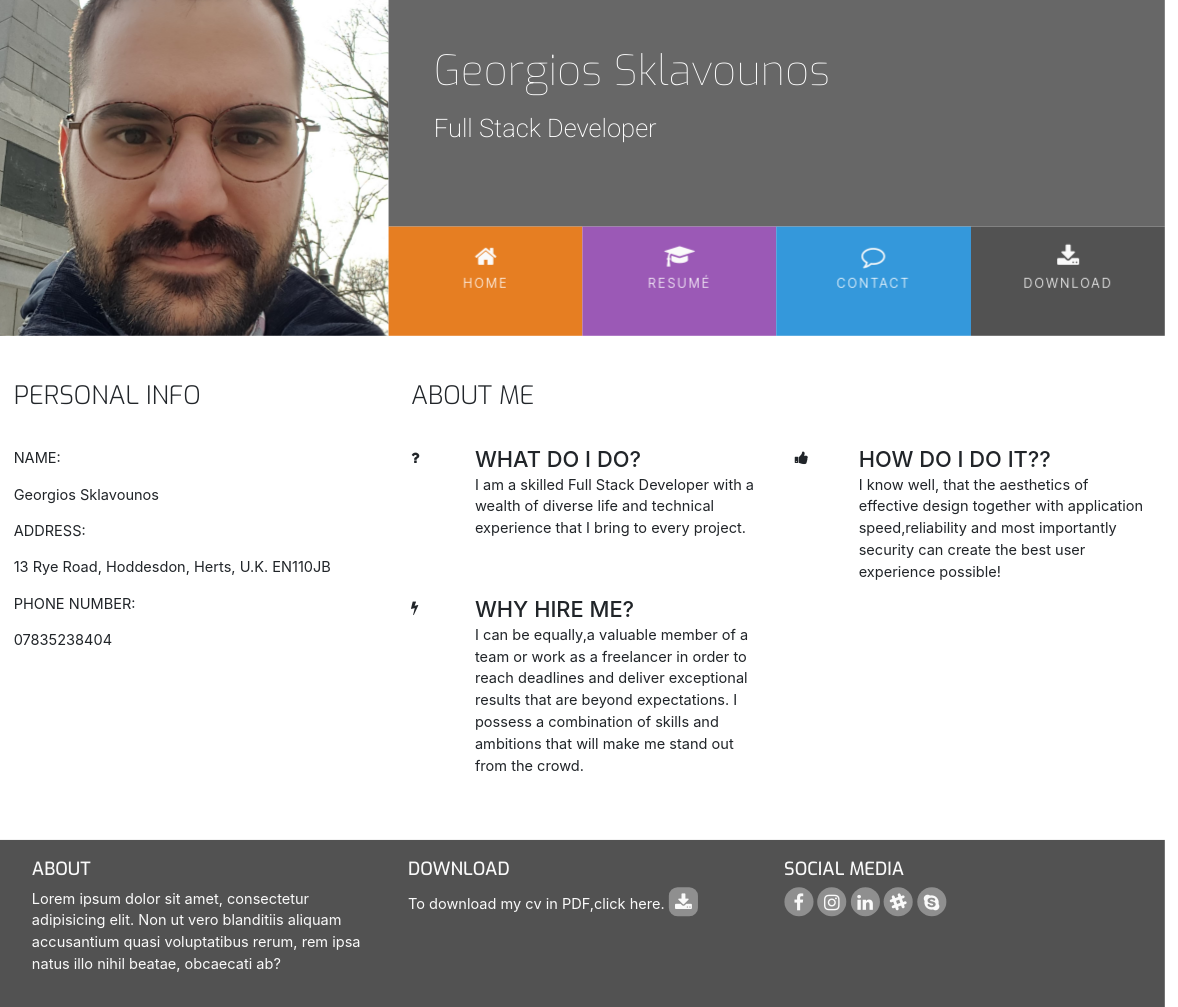
Repository: GeorgiosSklav/MyResume
Page: index.html
The author's editor kept a record of every edit. The page is drawn from the files as they stood at one moment, then again after the next edit.
The browser window is 1280 px wide. The page is 1295 px wide, so the pictures cover 1295 px, including what lies to the right of the window. The pictures show the whole page, at 91% of full size.

Above is the page before.

After the next edit:
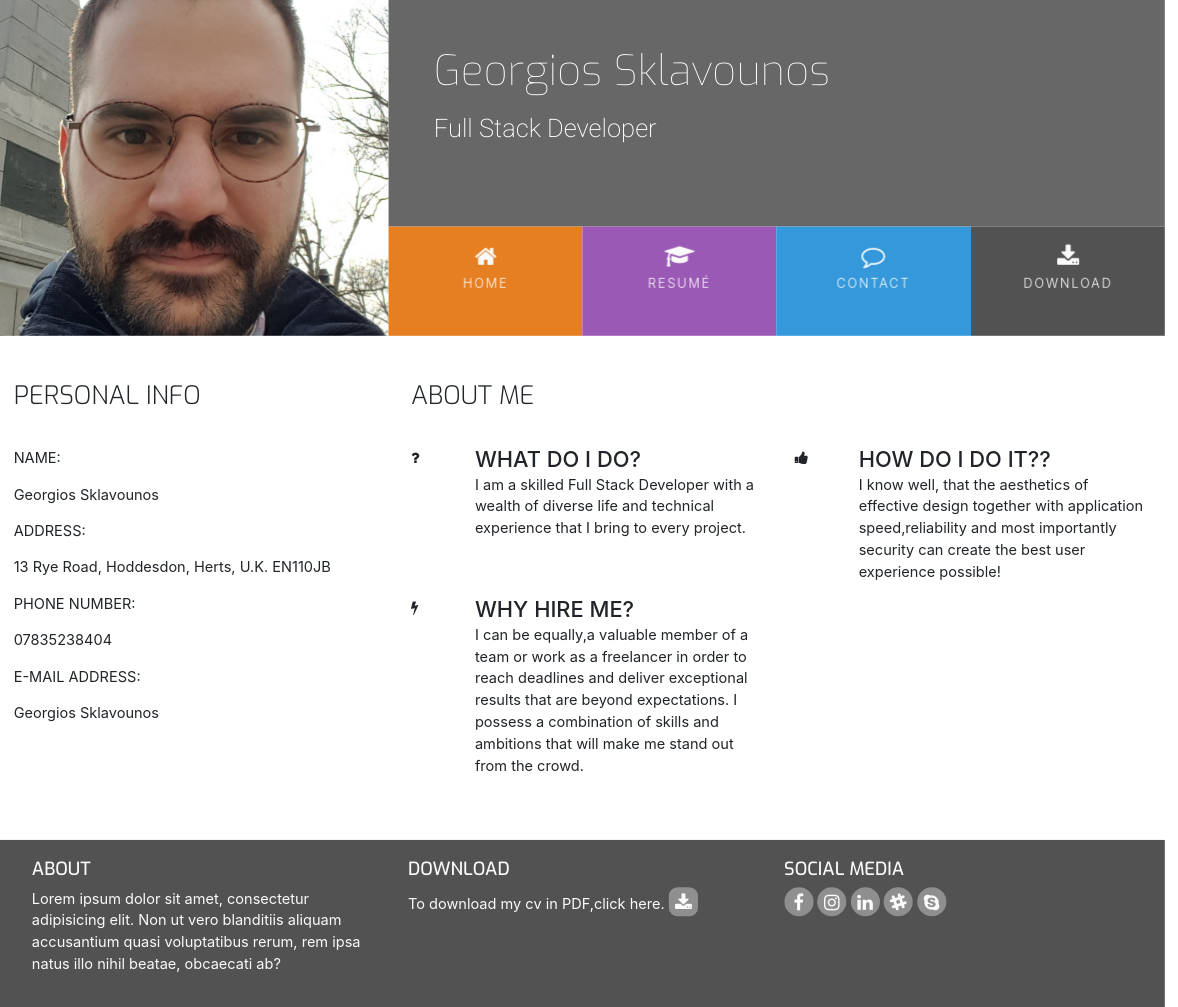
The edit:
--- a/index.html
+++ b/index.html
@@ -75,6 +75,14 @@
                     </div>
                     <div class="value">
                         <p>07835238404</p>
+                    </div>
+                </div>
+                 <div class="personal-info-item">
+                    <div class="key">
+                        <p class="uppercase">E-mail address:</p>
+                    </div>
+                    <div class="value">
+                        <p>Georgios Sklavounos</p>
                     </div>
                 </div>
             </div>
